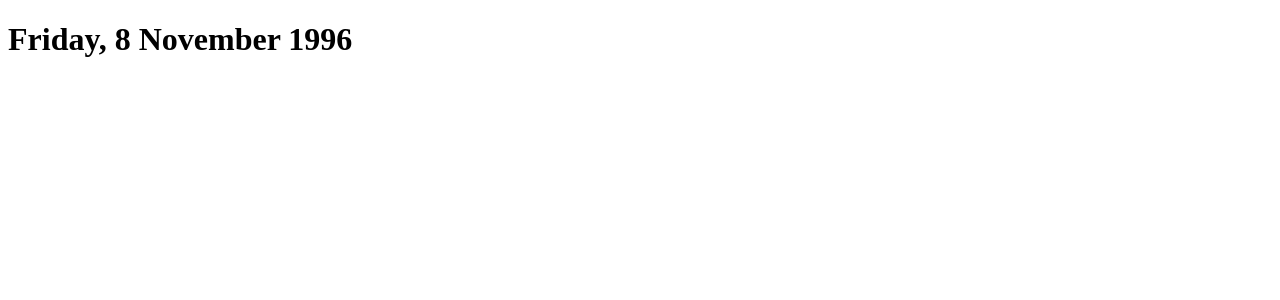
Repository: Kamrangujjar85112/Javascript-Vanilla-Projects
Page: index.html
An editor plug-in stored every save of this project. The page is shown before and after the next save, followed by the edit.
The browser window is 1280 px wide. The pictures show the whole page.

Above is the page before, as saved 2022-01-16 18:19:48.

After the next save:
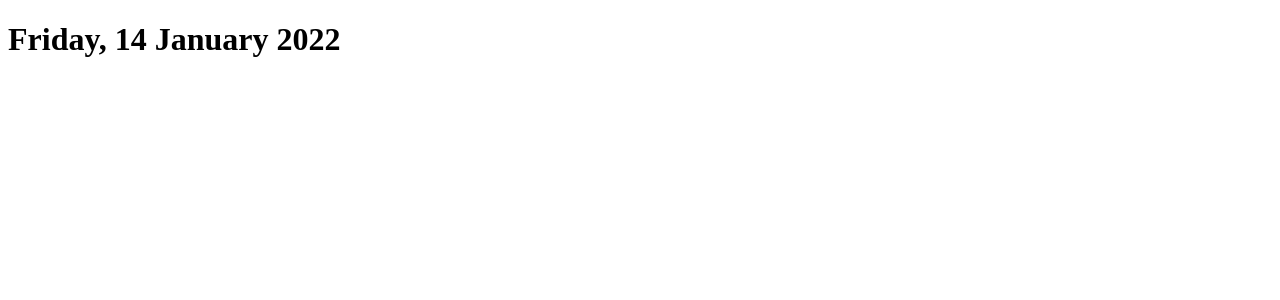
Saved 112 s later.
--- a/app.js
+++ b/app.js
@@ -446,7 +446,7 @@ const days = [
     "Friday",
     "Saturday"
 ];
-const date = new Date('11/08,1996');
+const date = new Date();
 const month= date.getMonth();
 console.log(months[month]);
 
